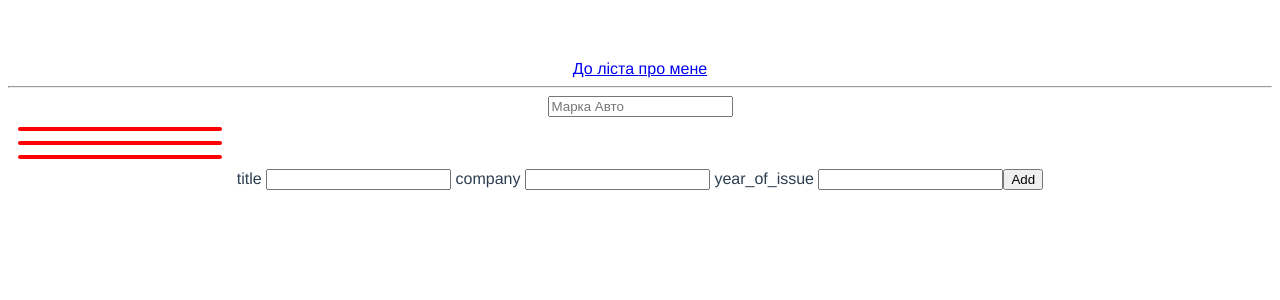
Repository: KYUUBI-K/Labs-from-2-course-
Page: /#/list (app in lab2(pharmacy)/)
These files come from the project's save history. The page is drawn as it stood at one moment and after the next save; the edit follows.
The browser window is 1280 px wide. The pictures show the whole page.
The project was rebuilt for these pictures with package versions that can differ from the ones it lists, and the page was loaded fresh each time.

Above is the page before, as saved 2021-12-21 13:46:09.

### lab2(pharmacy)/src/main.js
import Vue from 'vue'
import App from './App.vue'
import store from './state/index'
import VueRouter from 'vue-router';
import router from './router/index'

Vue.use(VueRouter);

Vue.config.productionTip = false

new Vue({
  store,
  router,
  render: (h) => h(App),
}).$mount('#app')

### lab2(pharmacy)/src/App.vue
<template>
  <div id="app">
    <router-link to="/list">До ліста </router-link>
    <router-link to="/AboutMe">про мене </router-link>
    <hr />
    <router-view></router-view>
  </div>
</template>

<script>
export default {
  name: "App",
  components: {},
};
</script>

<style>
#app {
  font-family: Avenir, Helvetica, Arial, sans-serif;
  -webkit-font-smoothing: antialiased;
  -moz-osx-font-smoothing: grayscale;
  text-align: center;
  color: #2c3e50;
  margin-top: 60px;
}
</style>

### lab2(pharmacy)/src/state/index.js
import Vue from 'vue'
import Vuex from 'vuex'
import { v4 as uuidv4 } from 'uuid'
Vue.use(Vuex)

const store = new Vuex.Store({
  state: {
    search:"",
    taskList:[
        {
          id:1, title:'Шарова', company:'BMW',year_of_issue:2014
        },
        {
          id:2, title:'Тормозні діски', company:'Mercedes',year_of_issue:2017
        },
        {
          id:3, title:'Бензонасос', company:'Audi',year_of_issue:2021
        }
    ]
  },
  getters:{
      getTaskList:(state)=>state.taskList
  },
  mutations:{
    addNewTask(state, dataObj) {
      state.taskList.push({
        id: uuidv4(),
        ...dataObj,
      })
    },
  },
  actions:{
    addTask({ commit }, data) {
      commit('addNewTask', data)
    },
  }

})

export default store

### lab2(pharmacy)/src/router/index.js
import Vue from 'vue';
import VueRouter from 'vue-router';
import Tasklist from '../components/Tasklist'
Vue.use(VueRouter);

export const router = new VueRouter({
    routes:[
    {
        path:'/list',
        component:Tasklist,
        name:'list',
    }
    ]

});
export default router

### lab2(pharmacy)/src/components/Tasklist/index.vue
<template>
  <div>
    <div>
      <input type="search" v-model="search" placeholder="Марка Авто" />
    </div>
    <task-item v-for="task in filterTask" :key="task.id" :task="task" />
    <div>
      <add-new-task />
    </div>
    <!-- <div><button @click="$router.push('/AboutCars')">AboutCars</button></div>
        <div><button @click="$router.push('/AboutMe')">AboutMe</button></div>  -->
  </div>
</template>

<script>
import TaskItem from "./Taskitem";
import AddNewTask from "@/components/AddNewTask";

import { mapGetters } from "vuex";
export default {
  data() {
    return {
      search: "",
    };
  },
  name: "TaskList",
  components: {
    TaskItem,
    AddNewTask,
  },
  computed: {
    ...mapGetters(["getTaskList"]),
    filterTask() {
      let list = [...this.getTaskList];
      if (this.search) {
        list = list.filter((item) => {
          return item.company.indexOf(this.search) > -1;
        });
      }
      return list;
    },
  },
};
</script>

<style lang="scss" scoped>
</style>

### lab2(pharmacy)/src/components/Tasklist/Taskitem/index.vue
<template>
  <div class="task">
    <div>{{ task.where_go }}</div>
    <div>{{ task.price }}</div>
    <div>{{ task.days }}</div>
  </div>
</template>

<script>
export default {
  name: "Taskitem",
  props: {
    task: {
      type: Object,
      default: () => ({}),
    },
  },
};
</script>

<style lang="css" scoped>
.task {
  width: 200px;
  border: 2px solid red;
  border-radius: 8px;
  margin: 10px;
}
</style>

### lab2(pharmacy)/src/components/AddNewTask/index.vue
<template>
  <div>
    <div>
      <label>
        title
        <input type="text" v-model="title" />
      </label>
      <label>
        company
        <input type="text" v-model.number="company" />
      </label>
      <label>
        year_of_issue
        <input type="number" v-model.number="year_of_issue" />
      </label>
      <button @click="onAdd">Add</button>
    </div>
  </div>
</template>

<script>
//1. Імпортуємо mapActions
import { mapActions } from "vuex";
export default {
  name: "AddNewTask",

  data() {
    return {
      title: null,
      company: null,
      year_of_issue: null,
    };
  },

  methods: {
    ...mapActions(["addTask"]),
    onAdd() {
      this.addTask({
        title: this.title,
        company: this.company,
        year_of_issue: this.year_of_issue,
      });
    },
  },
};
</script>

<style lang="scss" scoped>
</style>

Loaded but not shown: lab2(pharmacy)/public/index.html (common file)

After the next save:
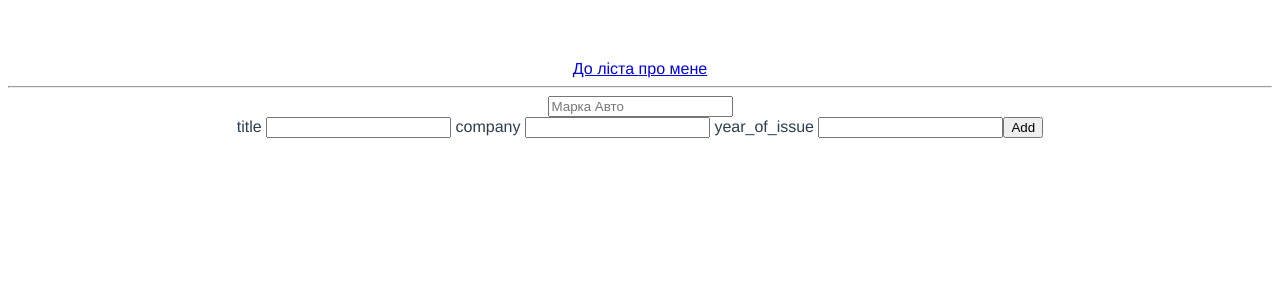
Saved 17 s later.
--- a/lab2(pharmacy)/src/components/Tasklist/Taskitem/index.vue
+++ b/lab2(pharmacy)/src/components/Tasklist/Taskitem/index.vue
@@ -20,9 +20,9 @@
 
 <style lang="css" scoped>
 .task {
-  width: 200px;
+  /* width: 200px;
   border: 2px solid red;
   border-radius: 8px;
-  margin: 10px;
+  margin: 10px; */
 }
 </style>

After the save that followed:
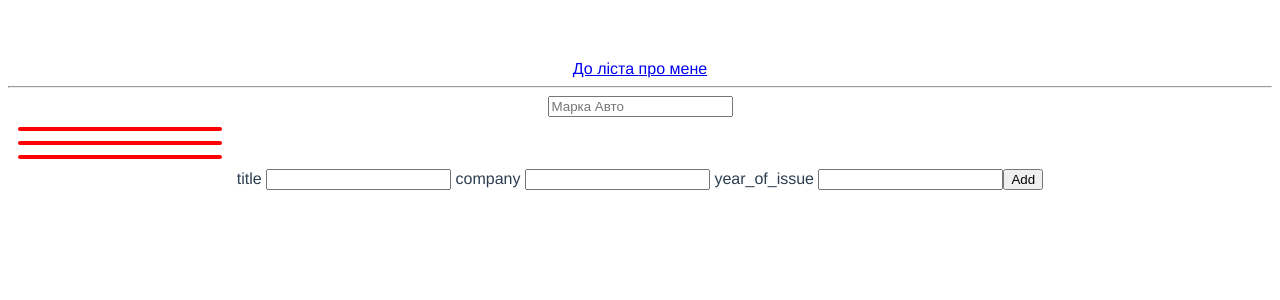
Saved 7 s later.
--- a/lab2(pharmacy)/src/components/Tasklist/Taskitem/index.vue
+++ b/lab2(pharmacy)/src/components/Tasklist/Taskitem/index.vue
@@ -20,9 +20,9 @@
 
 <style lang="css" scoped>
 .task {
-  /* width: 200px;
+  width: 200px;
   border: 2px solid red;
   border-radius: 8px;
-  margin: 10px; */
+  margin: 10px;
 }
 </style>
